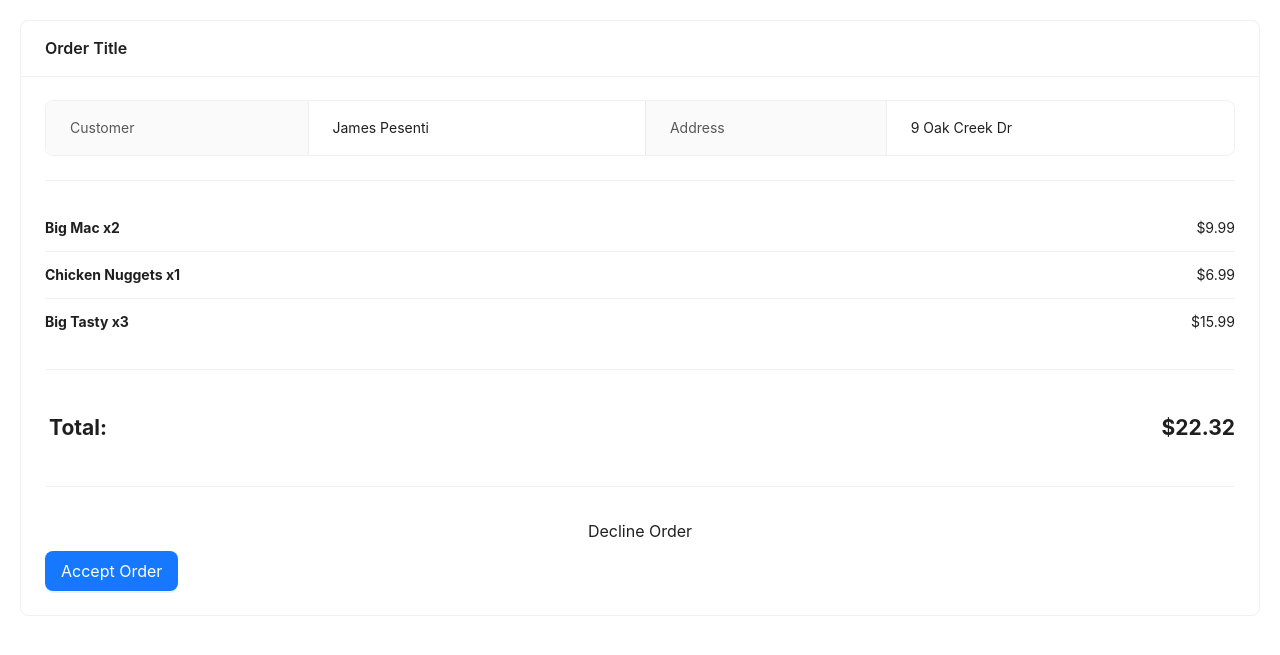
Repository: JamesPesenti/UberEatsDashboard
Page: /menu
These files come from the project's save history. The page is drawn as it stood at one moment and after the next save; the edit follows.
The browser window is 1280 px wide. The pictures show the whole page.
The project was rebuilt for these pictures with package versions that can differ from the ones it lists, and the page was loaded fresh each time.

Above is the page before, as saved 2023-02-25 07:06:55.

After the next save:
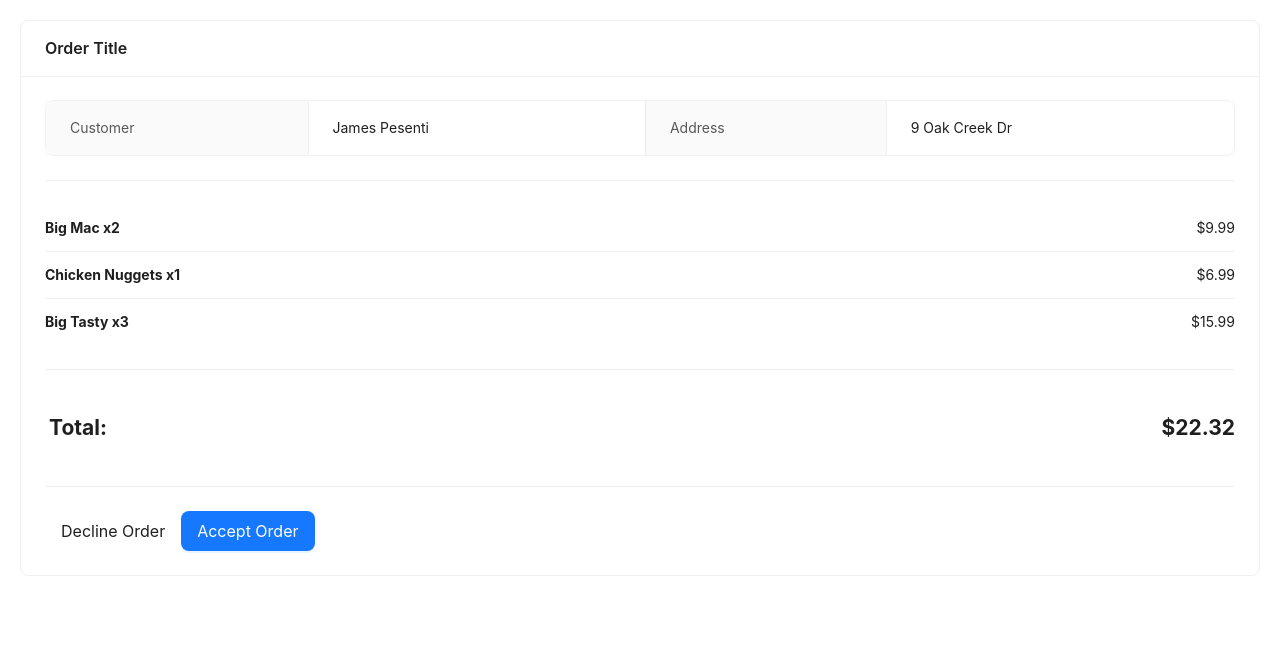
Saved 7 s later.
--- a/src/App.js
+++ b/src/App.js
@@ -27,7 +27,7 @@ function App() {
         </div>
         <Divider />
         <div style={styles.buttonContainer}>
-            <Button block type="ghost" size="large">
+            <Button type="ghost" size="large">
               Decline Order
             </Button>
             <Button type="primary" size="large">
